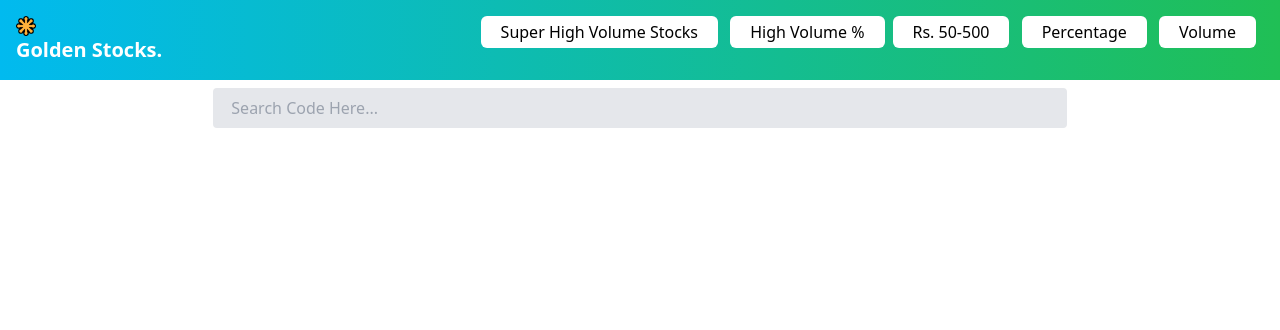
Repository: Raghunadh9/react_bse_api_v2
Page: /superhighvolumestocks
An editor plug-in stored every save of this project. The page is shown before and after the next save, followed by the edit.
The browser window is 1280 px wide. The pictures show the whole page.
The page's requests for data from a server got no answer. The project was rebuilt for these pictures with package versions that can differ from the ones it lists, and the page was loaded fresh each time. No one was signed in, and anything a server would have sent is missing. Also part of the build but not shown: vite.config.js, src/component/GetDetailsComponent.jsx, src/component/HighPercentWithVolume.jsx, src/component/Volume.jsx, src/component/Fiftyto500.jsx, src/component/Home.jsx, src/component/convertToNumer.jsx, src/component/Merit.jsx and 1 more.

Above is the page before, as saved 2023-07-12 17:44:38.

After the next save:
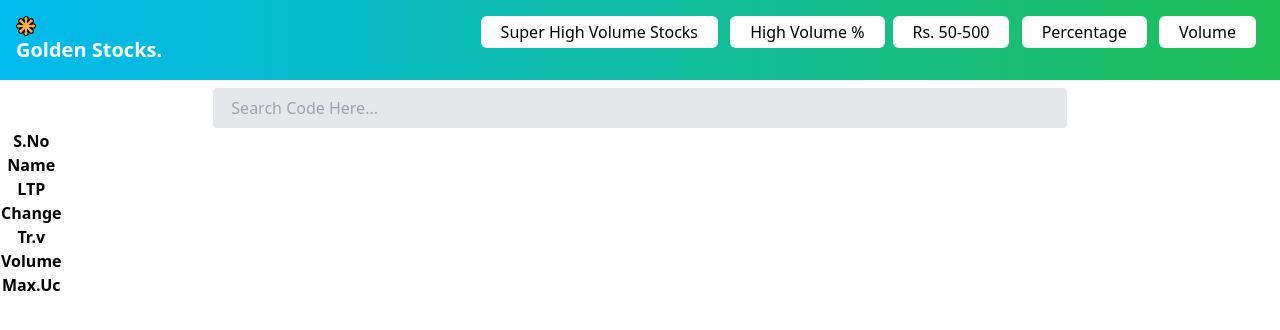
Saved 10 min 7 s later.
--- a/src/component/superHighVolume.jsx
+++ b/src/component/superHighVolume.jsx
@@ -36,6 +36,19 @@
           </div>
         </div>
       </center>
+      <table>
+        <thead>
+          <th>
+            <tr>S.No</tr>
+            <tr>Name</tr>
+            <tr>LTP</tr>
+            <tr>Change</tr>
+            <tr>Tr.v</tr>
+            <tr>Volume</tr>
+            <tr>Max.Uc</tr>
+          </th>
+        </thead>
+      </table>
     </div>
   );
 };
